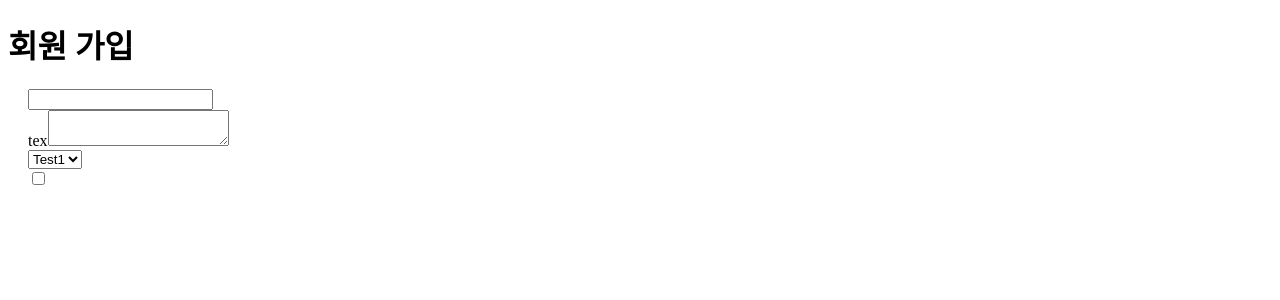
Repository: abbyinkr/BootstrapStudy
Page: BootStrapWork/WebContent/BootEx03.html
The author's editor kept a copy of each file at every save. The page is drawn from the files as they stood at one save, then again after the next save.
The browser window is 1280 px wide. The pictures show the whole page.

Above is the page before, as saved 2021-07-01 03:46:43.

### BootStrapWork/WebContent/BootEx03.html
<!DOCTYPE html>
<html>
<head>
<meta charset="UTF-8">
<title>BootEx03.html</title>
</head>
<body>

<h1>회원 가입</h1>

<form action="" style="width: 500ppx; margin: 20px;">

	<input type="text" />
	<br />

	tex<textarea rows="" cols=""></textarea>
	<br />

	<select name="" id="" class="">
		<option value="">Test1</option>
		<option value="">Test2</option>
		<option value="">Test3</option>
		<option value="">Test4</option>
	</select>
	<br />

	<input type="checkbox" />
	<br />


</form>

</body>
</html>

After the next save:
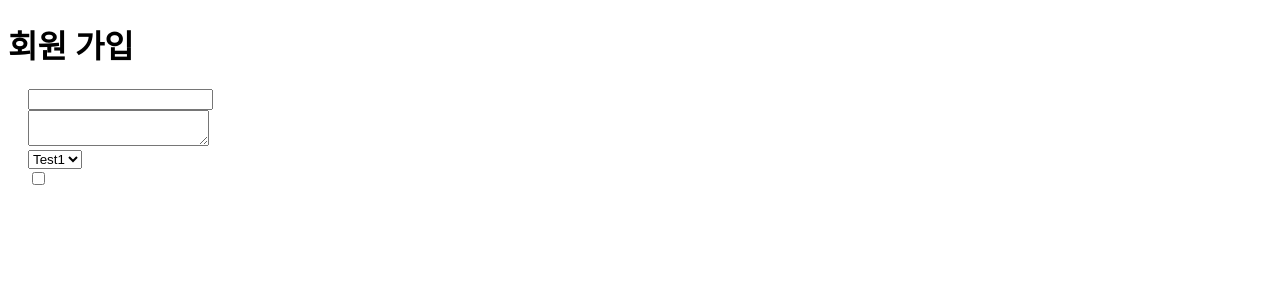
Saved 10 s later.
--- a/BootStrapWork/WebContent/BootEx03.html
+++ b/BootStrapWork/WebContent/BootEx03.html
@@ -13,10 +13,10 @@
 	<input type="text" />
 	<br />
 
-	tex<textarea rows="" cols=""></textarea>
+	<textarea rows="" cols=""></textarea>
 	<br />
 
-	<select name="" id="" class="">
+	<select class="">
 		<option value="">Test1</option>
 		<option value="">Test2</option>
 		<option value="">Test3</option>
